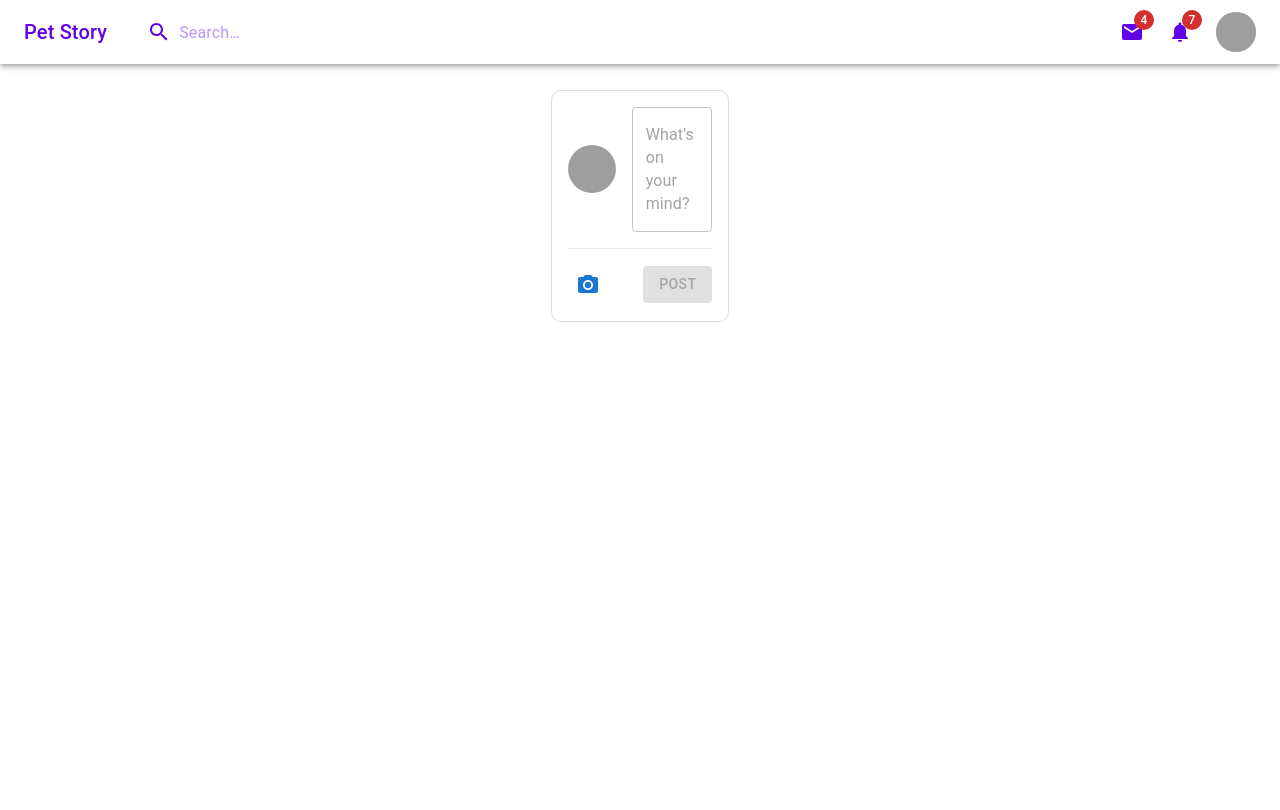
Repository: watthananick1/petstory
Page: /home
These files come from the project's save history. The page is drawn as it stood at one moment and after the next save; the edit follows.
The browser window is 1280 px wide. The pictures show the whole page.
Pictures or frames that could not be fetched are drawn as grey boxes. The page's requests for data from a server got no answer. The project was rebuilt for these pictures with package versions that can differ from the ones it lists, and the page was loaded fresh each time. No one was signed in, and anything a server would have sent is missing. Also part of the build but not shown: src/components/login/login.tsx, src/components/sign-up/sign-up.tsx, src/components/card-type-pet/card-type-pet.tsx, src/components/posts/posts.module.scss, src/components/post/post.module.scss, src/components/post/post.tsx.

Above is the page before, as saved 2023-03-27 10:32:57.

After the next save:
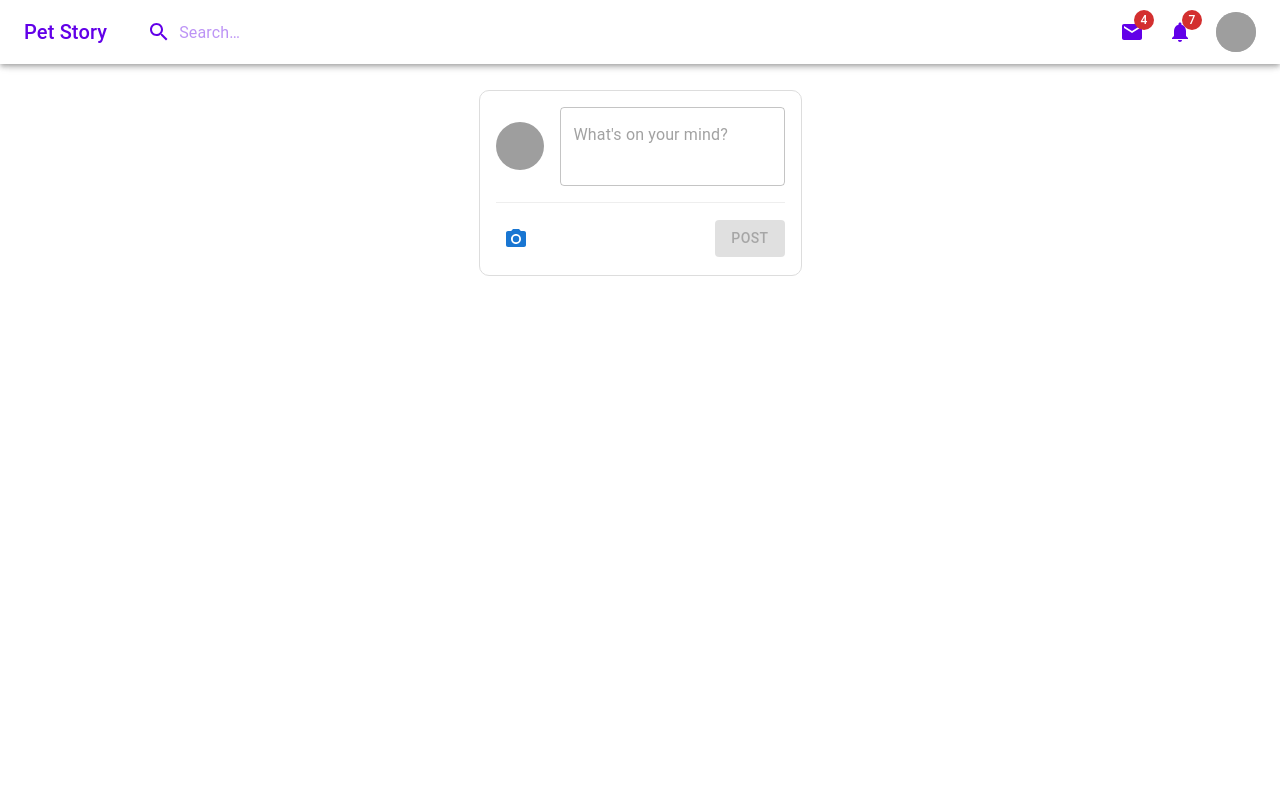
Saved 85 s later.
--- a/src/components/cards/cards.tsx
+++ b/src/components/cards/cards.tsx
@@ -202,7 +202,7 @@ const Cards = ({ className }: CardsProps) => {
             sx={{
                 position: 'static',
                 maxWidth: '100%',
-                width: '47%',
+                //width: '47%',
                 margin: '0 auto',
                 border: '1px solid #ddd',
                 borderRadius: '10px',
